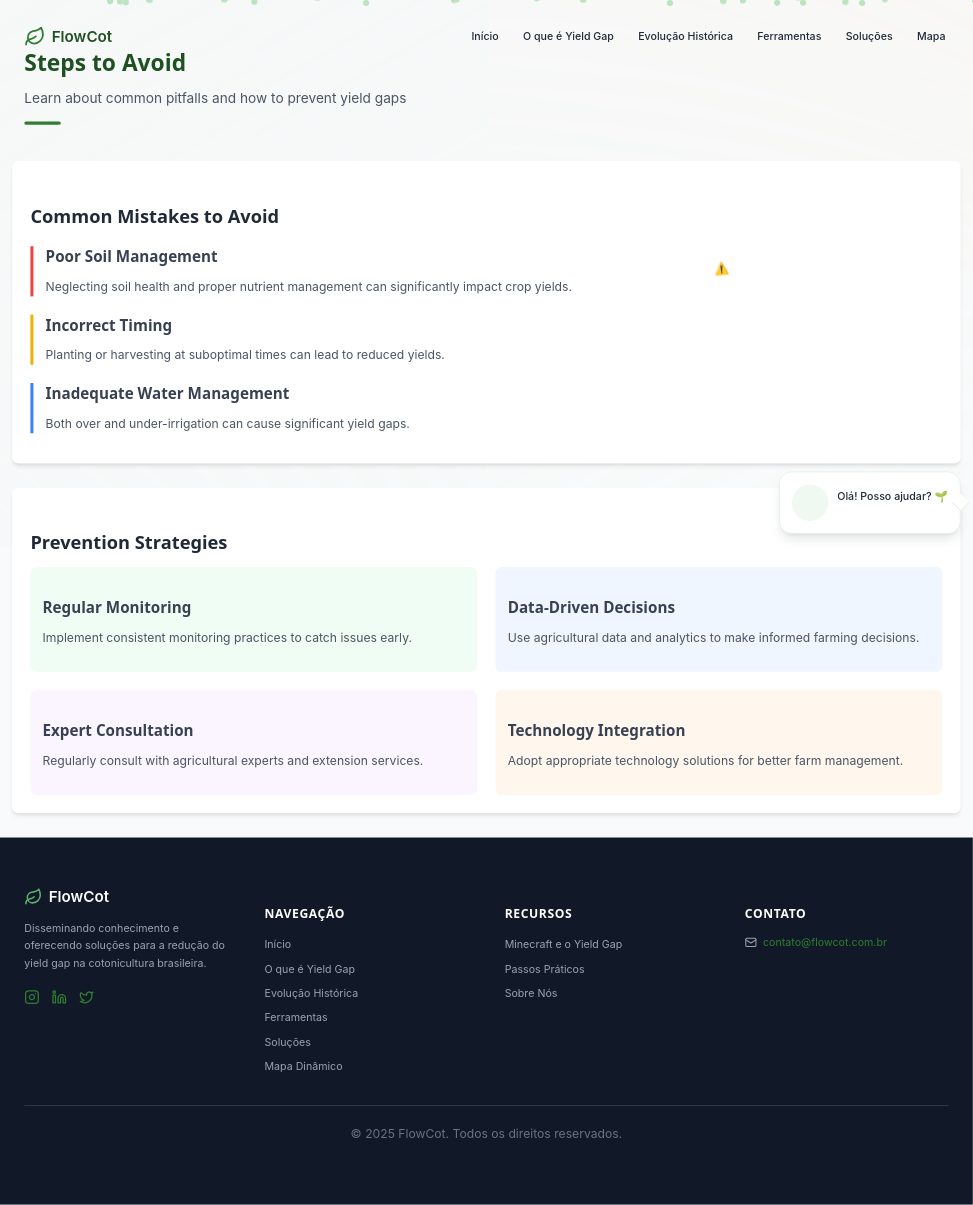
Repository: JoaoPedroAugusto/FlowCot
Page: /steps-to-avoid
These files come from the project's save history. The page is drawn as it stood at one moment and after the next save; the edit follows.
The browser window is 1280 px wide. The pictures show the whole page, at 76% of full size.
Pictures or frames that could not be fetched are drawn as grey boxes. The page's requests for data from a server got no answer. The project was rebuilt for these pictures with package versions that can differ from the ones it lists, and the page was loaded fresh each time. No one was signed in, and anything a server would have sent is missing. Also part of the build but not shown: vite.config.ts, src/components/Hero.tsx, src/components/InfoCard.tsx, src/components/VideoPlayer.tsx, src/pages/HomePage.tsx, src/components/YieldGapInfoGraphic.tsx, src/pages/WhatIsYieldGap.tsx, src/components/YieldGapChart.tsx and 21 more. Imported but missing from the stored project, and not drawn on this page: src/public/videos/Cotton.mp4, src/public/videos/cottoon.mp4.

Above is the page before, as saved 2025-06-01 20:05:20.

### index.html
<!doctype html>
<html lang="pt-BR">
  <head>
    <meta charset="UTF-8" />
    <link rel="icon" type="image/svg+xml" href="/vite.svg" />
    <meta name="viewport" content="width=device-width, initial-scale=1.0" />
    <title>FlowCot</title>
  </head>
  <body>
    <div id="root"></div>
    <script type="module" src="/src/main.tsx"></script>
  </body>
</html>

### src/App.tsx
import { Routes, Route } from 'react-router-dom';
import HomePage from './pages/HomePage';
import WhatIsYieldGap from './pages/WhatIsYieldGap';
import HistoricalEvolution from './pages/HistoricalEvolution';
import ToolsForYieldGap from './pages/ToolsForYieldGap';
import SolveYieldGap from './pages/SolveYieldGap';
import MinecraftYieldGap from './pages/MinecraftYieldGap';
import StepsToAvoid from './pages/StepsToAvoid';
import AboutUs from './pages/AboutUs';
import Conclusions from './pages/Conclusions';
import NotFound from './pages/NotFound';
import ParrotMascot from './components/ParrotMascot';
import AnimatedBackground from './components/AnimatedBackground';
import FlyingBirds from './components/FlyingBirds';
import MapaPage from './pages/MapaDinamico';
import Layout from './layouts/Layout';

function App() {
  return (
    <>
      <AnimatedBackground />
      <FlyingBirds />
      <Routes>
        <Route path="/"  element={<Layout />}>
          <Route index element={<HomePage />} />
          <Route path="what-is-yield-gap" element={<WhatIsYieldGap />} />
          <Route path="historical-evolution" element={<HistoricalEvolution />} />
          <Route path="tools-for-yield-gap" element={<ToolsForYieldGap />} />
          <Route path="solve-yield-gap" element={<SolveYieldGap />} />
          <Route path="minecraft-yield-gap" element={<MinecraftYieldGap />} />
          <Route path="steps-to-avoid" element={<StepsToAvoid />} />
          <Route path="about-us" element={<AboutUs />} />
          <Route path="conclusions" element={<Conclusions />} />
          <Route path="*" element={<NotFound />} />
          <Route path="mapa" element={<MapaPage />} />
        </Route>
      </Routes>
      <ParrotMascot />
    </>
  );
}

export default App;

### src/index.css
@tailwind base;
@tailwind components;
@tailwind utilities;

@layer base {
  html {
    scroll-behavior: smooth;
    @apply font-sans;
  }

  body {
    @apply bg-gray-50 text-gray-800 antialiased; /* Added antialiased for smoother fonts */
  }

  h1, h2, h3, h4, h5, h6 {
    @apply font-semibold text-primary-800 font-display; /* Using display font for headings */
  }

  h1 {
    /* Adjusted line-height for better readability */
    @apply text-4xl sm:text-5xl md:text-6xl leading-tight md:leading-tight;
  }

  h2 {
    /* Adjusted line-height */
    @apply text-3xl sm:text-4xl leading-snug mt-8 mb-4;
  }

  h3 {
    /* Adjusted line-height */
    @apply text-2xl sm:text-3xl leading-relaxed mt-6 mb-3;
  }

  p {
    /* Slightly increased line-height for body text */
    @apply mb-4 leading-relaxed text-base;
  }

  a {
    @apply text-primary-600 hover:text-primary-700 transition-colors duration-200 ease-in-out; /* Adjusted hover color */
  }
}

@layer components {
  .btn {
    @apply px-6 py-3 rounded-lg font-medium transition-all duration-200 ease-in-out inline-block focus:outline-none focus:ring-2 focus:ring-offset-2; /* Added focus states */
  }

  .btn-primary {
    @apply bg-primary-600 text-white hover:bg-primary-700 shadow-md hover:shadow-lg focus:ring-primary-500;
  }

  .btn-secondary {
    @apply bg-secondary-600 text-white hover:bg-secondary-700 shadow-md hover:shadow-lg focus:ring-secondary-500; /* Adjusted colors */
  }

  .btn-outline {
    @apply border-2 border-primary-600 text-primary-600 hover:bg-primary-600 hover:text-white focus:ring-primary-500;
  }

  .card {
    @apply bg-white rounded-xl shadow-lg p-6 transition-all duration-300 hover:shadow-xl; /* Increased shadow on hover */
  }

  .section {
    @apply py-16 md:py-24;
  }

  .container-custom {
    @apply max-w-7xl mx-auto px-4 sm:px-6 lg:px-8 w-full; /* Added w-full */
  }

  /* Custom scrollbar styles (optional, for aesthetics) */
  ::-webkit-scrollbar {
    width: 8px;
    height: 8px;
  }
  ::-webkit-scrollbar-track {
    background: #f1f1f1;
    border-radius: 10px;
  }
  ::-webkit-scrollbar-thumb {
    background: #ccc;
    border-radius: 10px;
  }
  ::-webkit-scrollbar-thumb:hover {
    background: #aaa;
  }
}

### src/pages/StepsToAvoid.tsx
import React from 'react';
import SectionHeader from '../components/SectionHeader';

const StepsToAvoid = () => {
  return (
    <div className="container mx-auto px-4 py-8">
      <SectionHeader
        title="Steps to Avoid"
        subtitle="Learn about common pitfalls and how to prevent yield gaps"
      />

      <div className="mt-8 space-y-8">
        <div className="bg-white rounded-lg shadow-md p-6">
          <h2 className="text-2xl font-bold text-gray-800 mb-4">Common Mistakes to Avoid</h2>
          <div className="space-y-4">
            <div className="border-l-4 border-red-500 pl-4">
              <h3 className="text-xl font-semibold text-gray-700">Poor Soil Management</h3>
              <p className="text-gray-600 mt-2">
                Neglecting soil health and proper nutrient management can significantly impact crop yields.
              </p>
            </div>

            <div className="border-l-4 border-yellow-500 pl-4">
              <h3 className="text-xl font-semibold text-gray-700">Incorrect Timing</h3>
              <p className="text-gray-600 mt-2">
                Planting or harvesting at suboptimal times can lead to reduced yields.
              </p>
            </div>

            <div className="border-l-4 border-blue-500 pl-4">
              <h3 className="text-xl font-semibold text-gray-700">Inadequate Water Management</h3>
              <p className="text-gray-600 mt-2">
                Both over and under-irrigation can cause significant yield gaps.
              </p>
            </div>
          </div>
        </div>

        <div className="bg-white rounded-lg shadow-md p-6">
          <h2 className="text-2xl font-bold text-gray-800 mb-4">Prevention Strategies</h2>
          <div className="grid md:grid-cols-2 gap-6">
            <div className="bg-green-50 p-4 rounded-lg">
              <h3 className="text-xl font-semibold text-gray-700">Regular Monitoring</h3>
              <p className="text-gray-600 mt-2">
                Implement consistent monitoring practices to catch issues early.
              </p>
            </div>

            <div className="bg-blue-50 p-4 rounded-lg">
              <h3 className="text-xl font-semibold text-gray-700">Data-Driven Decisions</h3>
              <p className="text-gray-600 mt-2">
                Use agricultural data and analytics to make informed farming decisions.
              </p>
            </div>

            <div className="bg-purple-50 p-4 rounded-lg">
              <h3 className="text-xl font-semibold text-gray-700">Expert Consultation</h3>
              <p className="text-gray-600 mt-2">
                Regularly consult with agricultural experts and extension services.
              </p>
            </div>

            <div className="bg-orange-50 p-4 rounded-lg">
              <h3 className="text-xl font-semibold text-gray-700">Technology Integration</h3>
              <p className="text-gray-600 mt-2">
                Adopt appropriate technology solutions for better farm management.
              </p>
            </div>
          </div>
        </div>
      </div>
    </div>
  );
};

export default StepsToAvoid;

### src/components/AnimatedBackground.tsx
import React from 'react';
import { motion } from 'framer-motion';

const AnimatedBackground: React.FC = () => {
  return (
    <div className="fixed inset-0 -z-10 overflow-hidden">
      <motion.div
        initial={{ opacity: 0 }}
        animate={{ opacity: 0.1 }}
        transition={{ duration: 1 }}
        className="absolute inset-0"
      >
        <div className="absolute top-0 left-0 w-full h-full bg-gradient-to-br from-primary-100 to-transparent" />
        <div className="absolute top-0 right-0 w-1/2 h-1/2 bg-gradient-to-bl from-accent-100 to-transparent" />
        <div className="absolute bottom-0 left-0 w-1/2 h-1/2 bg-gradient-to-tr from-secondary-100 to-transparent" />
      </motion.div>

      {[...Array(50)].map((_, i) => (
        <motion.div
          key={i}
          className="absolute w-2 h-2 bg-primary-200 rounded-full"
          initial={{
            x: Math.random() * window.innerWidth,
            y: Math.random() * window.innerHeight,
          }}
          animate={{
            y: [0, -20, 0],
            scale: [1, 1.2, 1],
          }}
          transition={{
            duration: 3 + Math.random() * 2,
            repeat: Infinity,
            delay: Math.random() * 2,
          }}
        />
      ))}
    </div>
  );
};

export default AnimatedBackground;

### src/components/FlyingBirds.tsx
import React from 'react';
import { motion } from 'framer-motion';
import { useInView } from 'react-intersection-observer';
import { Player } from '@lottiefiles/react-lottie-player';

const Bird = ({ delay = 0, reverse = false }) => {
  const [ref, inView] = useInView({
    triggerOnce: false,
    threshold: 0,
  });

  const flyAnimation = {
    y: [0, -15, 0],
    x: reverse ? [-1000, window.innerWidth + 100] : [window.innerWidth + 100, -1000],
  };

  return (
    <motion.div
      ref={ref}
      initial={{ x: reverse ? -100 : window.innerWidth + 100 }}
      animate={inView ? flyAnimation : {}}
      transition={{
        duration: 20,
        delay: delay,
        repeat: Infinity,
        ease: "linear"
      }}
      className="absolute"
      style={{ top: `${Math.random() * 80}%` }}
    >
      <motion.div
        animate={{ y: [0, 8, 0] }}
        transition={{
          duration: 1,
          repeat: Infinity,
          ease: "easeInOut"
        }}
      >
        <motion.div
          animate={{ rotate: reverse ? [-5, 5, -5] : [5, -5, 5] }}
          transition={{
            duration: 0.5,
            repeat: Infinity,
            ease: "easeInOut"
          }}
        >
          <Player
            autoplay={true}
            loop={true}
            src="https://lottie.host/2a41d144-a431-47f9-8afb-210c2a5e0677/kDSHlpH8Aq.json"
            style={{ width: '50px', height: '50px' }}
          />
        </motion.div>
      </motion.div>
    </motion.div>
  );
};

const FlyingBirds: React.FC = () => {
  return (
    <div className="fixed inset-0 pointer-events-none z-0">
      {[...Array(6)].map((_, i) => (
        <Bird key={i} delay={i * 2} reverse={i % 2 === 0} />
      ))}
    </div>
  );
};

export default FlyingBirds;

### src/layouts/Layout.tsx
import React from 'react';
import { Outlet } from 'react-router-dom';
import Navbar from '../components/Navbar';
import Footer from '../components/Footer';
import { motion } from 'framer-motion';

const Layout: React.FC = () => {
  return (
    <div className="flex flex-col min-h-screen">
      <Navbar />
      <motion.main
        className="flex-grow"
        initial={{ opacity: 0 }}
        animate={{ opacity: 1 }}
        transition={{ duration: 0.5 }}
      >
        <Outlet />
      </motion.main>
      <Footer />
    </div>
  );
};

export default Layout;

### src/components/SectionHeader.tsx
import React from 'react';
import { motion } from 'framer-motion';
import { useInView } from 'react-intersection-observer';

interface SectionHeaderProps {
  title: string;
  subtitle?: string;
  centered?: boolean;
}

const SectionHeader: React.FC<SectionHeaderProps> = ({
  title,
  subtitle,
  centered = false
}) => {
  const [ref, inView] = useInView({
    triggerOnce: true,
    threshold: 0.1,
  });

  return (
    <motion.div
      ref={ref}
      initial={{ opacity: 0, y: 20 }}
      animate={inView ? { opacity: 1, y: 0 } : { opacity: 0, y: 20 }}
      transition={{ duration: 0.6 }}
      className={`mb-8 sm:mb-12 px-4 ${centered ? 'text-center' : ''}`}
    >
      <h2 className="text-xl sm:text-2xl md:text-3xl font-bold text-primary-800 break-words">
        {title}
      </h2>

      {subtitle && (
        <p
          className={`text-base sm:text-lg text-gray-600 mt-3 leading-relaxed ${
            centered ? 'max-w-2xl mx-auto' : ''
          }`}
        >
          {subtitle}
        </p>
      )}

      <div
        className={`h-1 mt-4 rounded ${
          centered ? 'mx-auto' : ''
        } bg-primary-600`}
        style={{ width: centered ? '4rem' : '3rem' }}
      ></div>
    </motion.div>
  );
};

export default SectionHeader;

### src/components/Navbar.tsx
import React, { useState, useEffect } from 'react';
import { Link, useLocation } from 'react-router-dom';
import { Menu, X, Leaf } from 'lucide-react';

const navItems = [
  { name: 'Início', path: '/' },
  { name: 'O que é Yield Gap', path: '/what-is-yield-gap' },
  { name: 'Evolução Histórica', path: '/historical-evolution' },
  { name: 'Ferramentas', path: '/tools-for-yield-gap' },
  { name: 'Soluções', path: '/solve-yield-gap' },
  { name: 'Mapa', path: '/mapa' },
];

const Navbar: React.FC = () => {
  const [isOpen, setIsOpen] = useState(false);
  const [scrolled, setScrolled] = useState(false);
  const location = useLocation();

  useEffect(() => {
    const handleScroll = () => {
      setScrolled(window.scrollY > 20);
    };

    window.addEventListener('scroll', handleScroll);
    return () => window.removeEventListener('scroll', handleScroll);
  }, []);

  useEffect(() => {
    // Fecha o menu mobile ao navegar para outra página
    setIsOpen(false);
  }, [location]);

  return (
    <nav
      className={`fixed w-full z-50 transition-all duration-300 ease-in-out ${scrolled || isOpen ? 'bg-white shadow-md py-3' : 'bg-transparent py-4' // Ajuste no padding e fundo ao rolar ou abrir menu
        }`}
    >
      {/* Usando container-custom para consistência */}
      <div className="container-custom">
        <div className="flex items-center justify-between h-16"> {/* Altura fixa para consistência */}
          <Link to="/" className="flex items-center space-x-2 flex-shrink-0"> {/* Evita que o logo encolha */}
            <Leaf size={28} className="text-primary-600" />
            <span className="text-xl font-semibold text-primary-800">FlowCot</span>
          </Link>

          {/* Desktop Navigation - Oculto em telas menores que lg */}
          <div className="hidden lg:flex items-center space-x-6">
            {navItems.map((item) => (
              <Link
                key={item.path}
                to={item.path}
                className={`px-1 py-2 text-sm font-medium transition-colors duration-200 ease-in-out ${location.pathname === item.path
                    ? 'text-primary-600 border-b-2 border-primary-600'
                    : scrolled ? 'text-gray-700 hover:text-primary-600' : 'text-gray-800 hover:text-primary-600'
                  }`}
              >
                {item.name}
              </Link>
            ))}
          </div>

          {/* Mobile Navigation Button - Visível apenas em telas menores que lg */}
          <div className="lg:hidden">
            <button
              className="text-gray-700 focus:outline-none p-2" // Adicionado padding para área de toque maior
              onClick={() => setIsOpen(!isOpen)}
              aria-label="Toggle menu" // Melhor acessibilidade
            >
              {isOpen ? <X size={24} /> : <Menu size={24} />}
            </button>
          </div>
        </div>

        {/* Mobile Navigation Menu - Transição suave e posicionamento melhorado */}
        <div
          className={`lg:hidden overflow-hidden transition-all duration-300 ease-in-out ${isOpen ? 'max-h-96 opacity-100' : 'max-h-0 opacity-0' // Animação de altura e opacidade
            }`}
        >
          <div className="bg-white pt-2 pb-4 px-4 space-y-2"> {/* Ajuste no padding e espaçamento */}
            {navItems.map((item) => (
              <Link
                key={item.path}
                to={item.path}
                className={`block px-3 py-2 rounded-md text-base font-medium transition-colors duration-200 ease-in-out ${location.pathname === item.path
                    ? 'bg-primary-50 text-primary-600'
                    : 'text-gray-700 hover:bg-gray-100 hover:text-primary-600'
                  }`}
              >
                {item.name}
              </Link>
            ))}
          </div>
        </div>
      </div>
    </nav>
  );
};

export default Navbar;

Loaded but not shown: src/main.tsx (common file); tailwind.config.js (80 lines, source omitted); src/components/ParrotMascot.tsx (238 lines, source omitted); src/components/Footer.tsx (85 lines, source omitted)

After the next save:
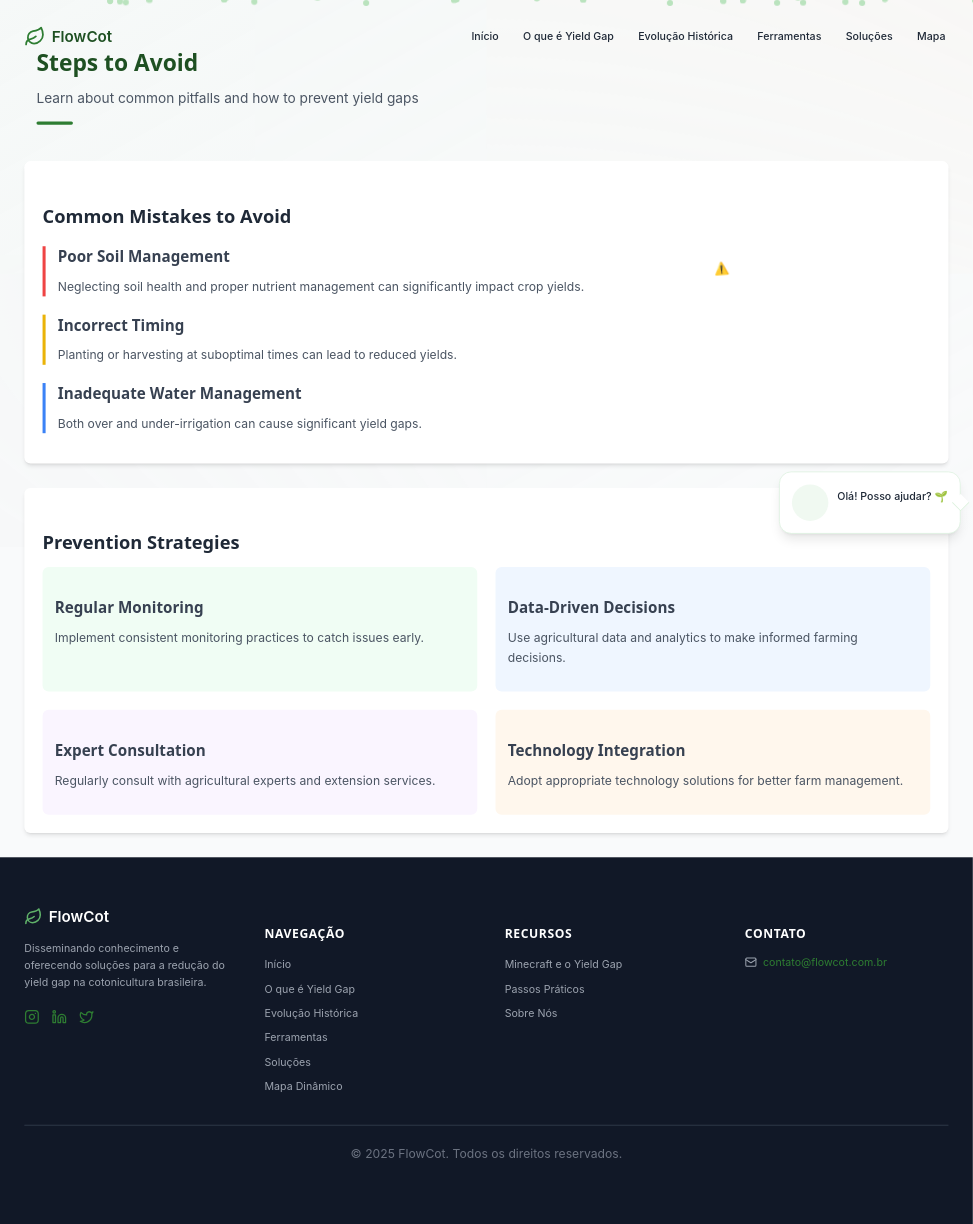
Saved 114 s later.
--- a/src/pages/StepsToAvoid.tsx
+++ b/src/pages/StepsToAvoid.tsx
@@ -3,13 +3,14 @@ import SectionHeader from '../components/SectionHeader';
 
 const StepsToAvoid = () => {
   return (
-    <div className="container mx-auto px-4 py-8">
+    <div className="max-w-screen-xl mx-auto px-4 sm:px-6 lg:px-8 py-8">
       <SectionHeader
         title="Steps to Avoid"
         subtitle="Learn about common pitfalls and how to prevent yield gaps"
       />
 
       <div className="mt-8 space-y-8">
+        {/* Erros Comuns */}
         <div className="bg-white rounded-lg shadow-md p-6">
           <h2 className="text-2xl font-bold text-gray-800 mb-4">Common Mistakes to Avoid</h2>
           <div className="space-y-4">
@@ -19,14 +20,12 @@ const StepsToAvoid = () => {
                 Neglecting soil health and proper nutrient management can significantly impact crop yields.
               </p>
             </div>
-
             <div className="border-l-4 border-yellow-500 pl-4">
               <h3 className="text-xl font-semibold text-gray-700">Incorrect Timing</h3>
               <p className="text-gray-600 mt-2">
                 Planting or harvesting at suboptimal times can lead to reduced yields.
               </p>
             </div>
-
             <div className="border-l-4 border-blue-500 pl-4">
               <h3 className="text-xl font-semibold text-gray-700">Inadequate Water Management</h3>
               <p className="text-gray-600 mt-2">
@@ -36,30 +35,28 @@ const StepsToAvoid = () => {
           </div>
         </div>
 
+        {/* Estratégias de Prevenção */}
         <div className="bg-white rounded-lg shadow-md p-6">
           <h2 className="text-2xl font-bold text-gray-800 mb-4">Prevention Strategies</h2>
-          <div className="grid md:grid-cols-2 gap-6">
+          <div className="grid sm:grid-cols-1 md:grid-cols-2 gap-6">
             <div className="bg-green-50 p-4 rounded-lg">
               <h3 className="text-xl font-semibold text-gray-700">Regular Monitoring</h3>
               <p className="text-gray-600 mt-2">
                 Implement consistent monitoring practices to catch issues early.
               </p>
             </div>
-
             <div className="bg-blue-50 p-4 rounded-lg">
               <h3 className="text-xl font-semibold text-gray-700">Data-Driven Decisions</h3>
               <p className="text-gray-600 mt-2">
                 Use agricultural data and analytics to make informed farming decisions.
               </p>
             </div>
-
             <div className="bg-purple-50 p-4 rounded-lg">
               <h3 className="text-xl font-semibold text-gray-700">Expert Consultation</h3>
               <p className="text-gray-600 mt-2">
                 Regularly consult with agricultural experts and extension services.
               </p>
             </div>
-
             <div className="bg-orange-50 p-4 rounded-lg">
               <h3 className="text-xl font-semibold text-gray-700">Technology Integration</h3>
               <p className="text-gray-600 mt-2">
